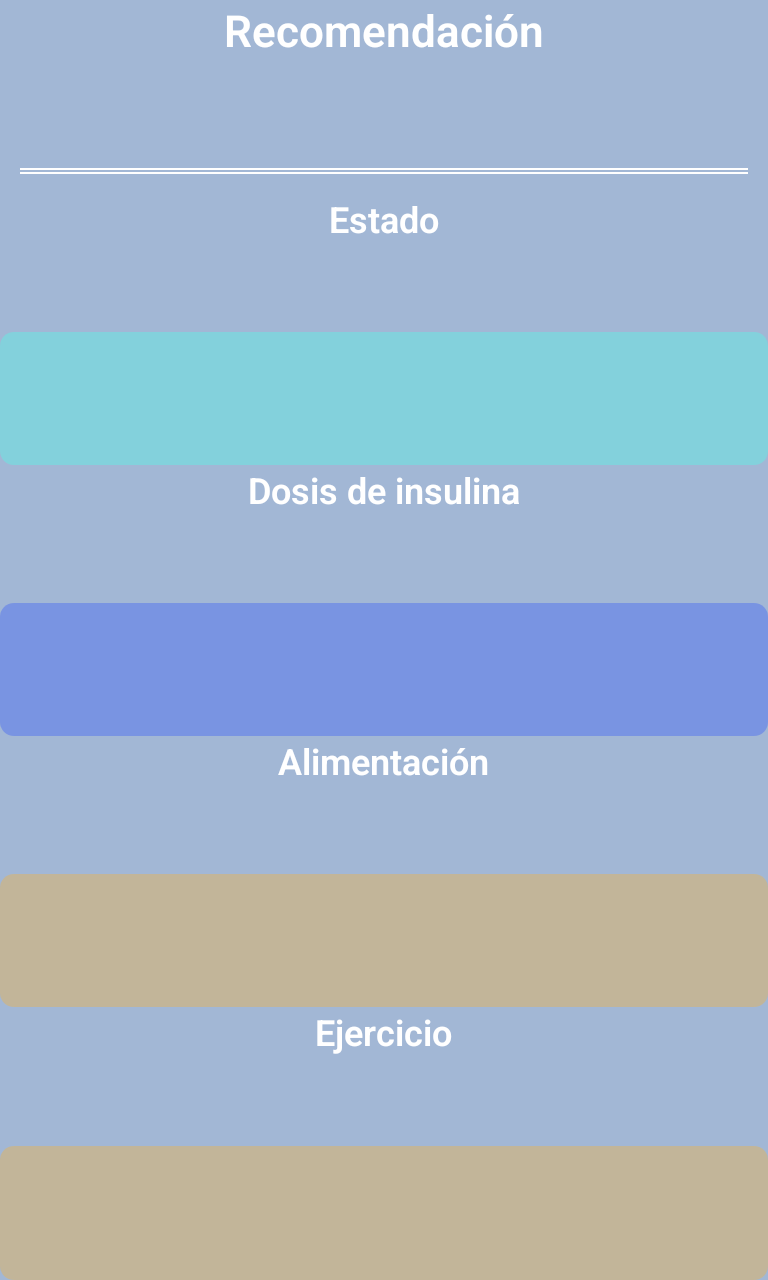
Repository: HectorGarciaMiguel/ssii-diabetes-060036
Layout: SeguimientoDiabetes/res/layout/activity_recomendacion.xml
The author's editor kept a copy of each file at every save. The layout is drawn from the files as they stood at one save, then again after a run of saves.
It is drawn on a 768 x 1280 px phone screen (xhdpi) without system bars, with theme AppTheme; the app's code is not run.

Above is the layout before, as saved 2015-11-20 20:25:40.

After the next 2 saves:
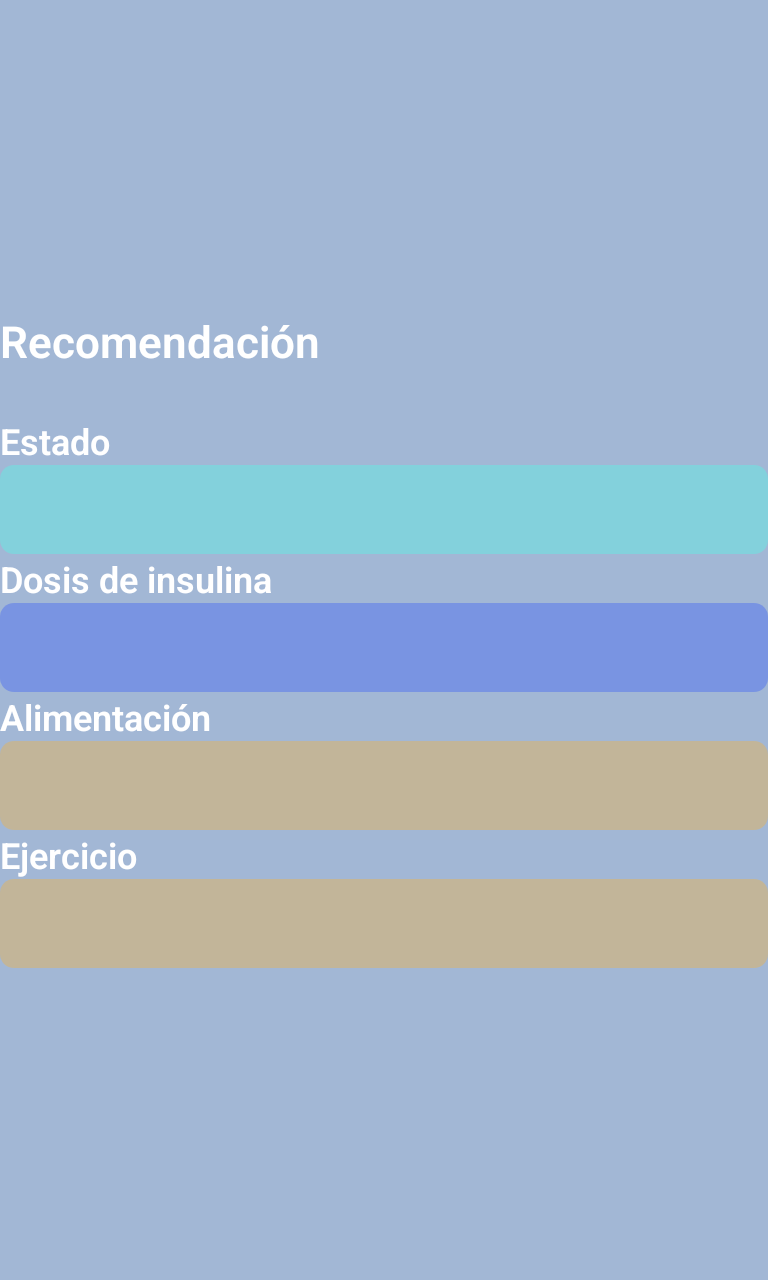
The 2 saves are shown as one change because 1 did not build or start.
The last was saved 29 min 35 s later.
--- a/SeguimientoDiabetes/res/layout/activity_recomendacion.xml
+++ b/SeguimientoDiabetes/res/layout/activity_recomendacion.xml
@@ -1,17 +1,19 @@
-<TableLayout xmlns:android="http://schemas.android.com/apk/res/android"
+<ScrollView xmlns:android="http://schemas.android.com/apk/res/android"
     xmlns:tools="http://schemas.android.com/tools"
     android:id="@+id/TableLayout1"
     android:layout_width="fill_parent"
-    android:layout_height="wrap_content"
-    android:layout_gravity="top|center"
-    android:stretchColumns="*"
-    tools:context=".MainActivity" >
+    android:layout_height="fill_parent"
+    tools:context="com.example.seguimientodiabetes.RecomendacionActivity" >
 
-    <TableRow
-        android:id="@+id/tableRow1"
-        android:layout_width="0px"
-        android:layout_height="0px"
-        android:layout_weight="2">
+    <LinearLayout
+        android:layout_width="fill_parent"
+        android:layout_height="wrap_content"
+        android:orientation="vertical"
+        android:layout_gravity="center" >
+
+    <LinearLayout
+        android:layout_width="fill_parent"
+        android:layout_height="wrap_content">
 
         <TextView
             android:id="@+id/textView1"
@@ -21,7 +23,7 @@
             android:text="Recomendación"
             style="@style/RobotoStyleTextViewNegrita"/>
 
-    </TableRow>
+    </LinearLayout>
 
            <View
     		android:layout_height="1dp"
@@ -38,11 +40,9 @@
     		android:background="#FFFFFF"/>
 
 
-    <TableRow
-        android:id="@+id/tableRow8"
-        android:layout_width="0px"
-        android:layout_height="0px"
-        android:layout_weight="2">
+    <LinearLayout
+        android:layout_width="fill_parent"
+        android:layout_height="wrap_content">
 
         <TextView
             android:id="@+id/textView8"
@@ -52,13 +52,11 @@
             android:text="Estado"
             android:textStyle="bold"/>
 
-    </TableRow>
+    </LinearLayout>
 
-    <TableRow
-        android:id="@+id/tableRow9"
-        android:layout_width="0px"
-        android:layout_height="0px"
-        android:layout_weight="1"
+    <LinearLayout
+        android:layout_width="fill_parent"
+        android:layout_height="wrap_content"
         android:background="@drawable/sombreadoverde">
 
         <TextView
@@ -67,13 +65,11 @@
             android:layout_height="wrap_content"
             android:padding="10dp" />
 
-    </TableRow>
+    </LinearLayout>
 
-    <TableRow
-        android:id="@+id/tableRow2"
-        android:layout_width="0px"
-        android:layout_height="0px"
-        android:layout_weight="2" >
+    <LinearLayout
+        android:layout_width="fill_parent"
+        android:layout_height="wrap_content">
 
         <TextView
             android:id="@+id/textView2"
@@ -83,13 +79,11 @@
             android:layout_gravity="center_horizontal|center_vertical"
             android:textStyle="bold" />
 
-    </TableRow>
+    </LinearLayout>
 
-    <TableRow
-        android:id="@+id/tableRow3"
-        android:layout_width="0px"
-        android:layout_height="0px"
-        android:layout_weight="1"
+    <LinearLayout
+        android:layout_width="fill_parent"
+        android:layout_height="wrap_content"
         android:background="@drawable/sombreadoazul" >
 
         <TextView
@@ -98,13 +92,11 @@
             android:layout_height="wrap_content"
             android:padding="10dp" />
 
-    </TableRow>
+    </LinearLayout>
 
-    <TableRow
-        android:id="@+id/tableRow4"
-        android:layout_width="0px"
-        android:layout_height="0px"
-        android:layout_weight="2" >
+    <LinearLayout
+        android:layout_width="fill_parent"
+        android:layout_height="wrap_content" >
 
         <TextView
             android:id="@+id/textView4"
@@ -114,13 +106,11 @@
             android:text="Alimentación"
             android:textStyle="bold"/>
 
-    </TableRow>
+    </LinearLayout>
 
-    <TableRow
-        android:id="@+id/tableRow5"
-        android:layout_width="0px"
-        android:layout_height="0px"
-        android:layout_weight="1"
+    <LinearLayout
+        android:layout_width="fill_parent"
+        android:layout_height="wrap_content"
         android:background="@drawable/sombreadonaranja">
 
         <TextView
@@ -129,13 +119,11 @@
             android:layout_height="wrap_content"
             android:padding="10dp" />
 
-    </TableRow>
+    </LinearLayout>
 
-    <TableRow
-        android:id="@+id/tableRow6"
-        android:layout_width="0px"
-        android:layout_height="0px"
-        android:layout_weight="2" >
+    <LinearLayout
+        android:layout_width="fill_parent"
+        android:layout_height="wrap_content">
 
         <TextView
             android:id="@+id/textView6"
@@ -145,14 +133,12 @@
             android:layout_gravity="center_horizontal|center_vertical"
             android:textStyle="bold" />
 
-    </TableRow>
+    </LinearLayout>
 
 
-    <TableRow
-        android:id="@+id/tableRow7"
-        android:layout_width="0px"
-        android:layout_height="0px"
-        android:layout_weight="1"
+    <LinearLayout
+        android:layout_width="fill_parent"
+        android:layout_height="wrap_content"
         android:background="@drawable/sombreadonaranja">>
 
         <TextView
@@ -161,6 +147,8 @@
             android:layout_height="wrap_content"
             android:padding="10dp" />
 
-    </TableRow>
+    </LinearLayout>
 
-</TableLayout>
+    </LinearLayout>
+
+</ScrollView>
